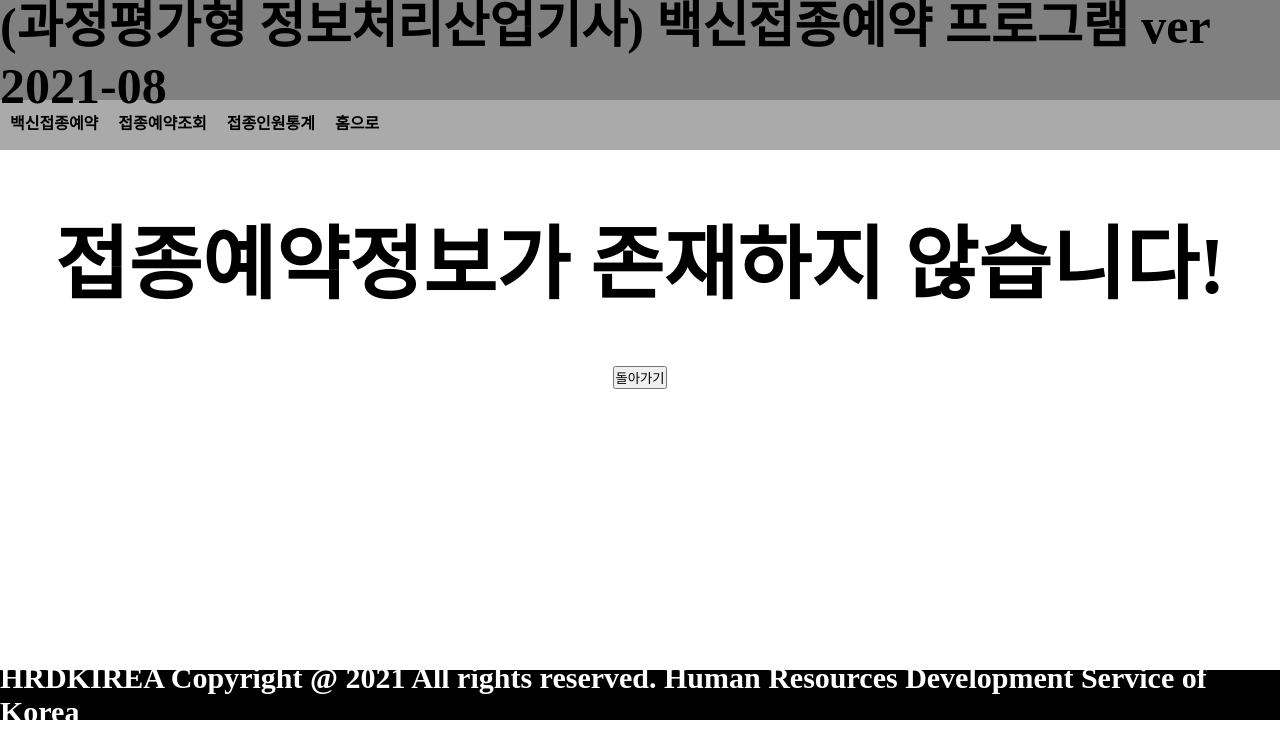
Repository: Ranranruo/info-processing
Page: http://localhost/20250424/view.jsp
The author's editor kept a copy of each file at every save. The page is drawn from the files as they stood at one save, then again after the next save.
The browser window is 1280 px wide. The pictures show the whole page.
The page is served by Tomcat 9. Queries for data that is not in the repository find no rows.

Above is the page before, as saved 2025-04-24 07:20:11.

After the next save:
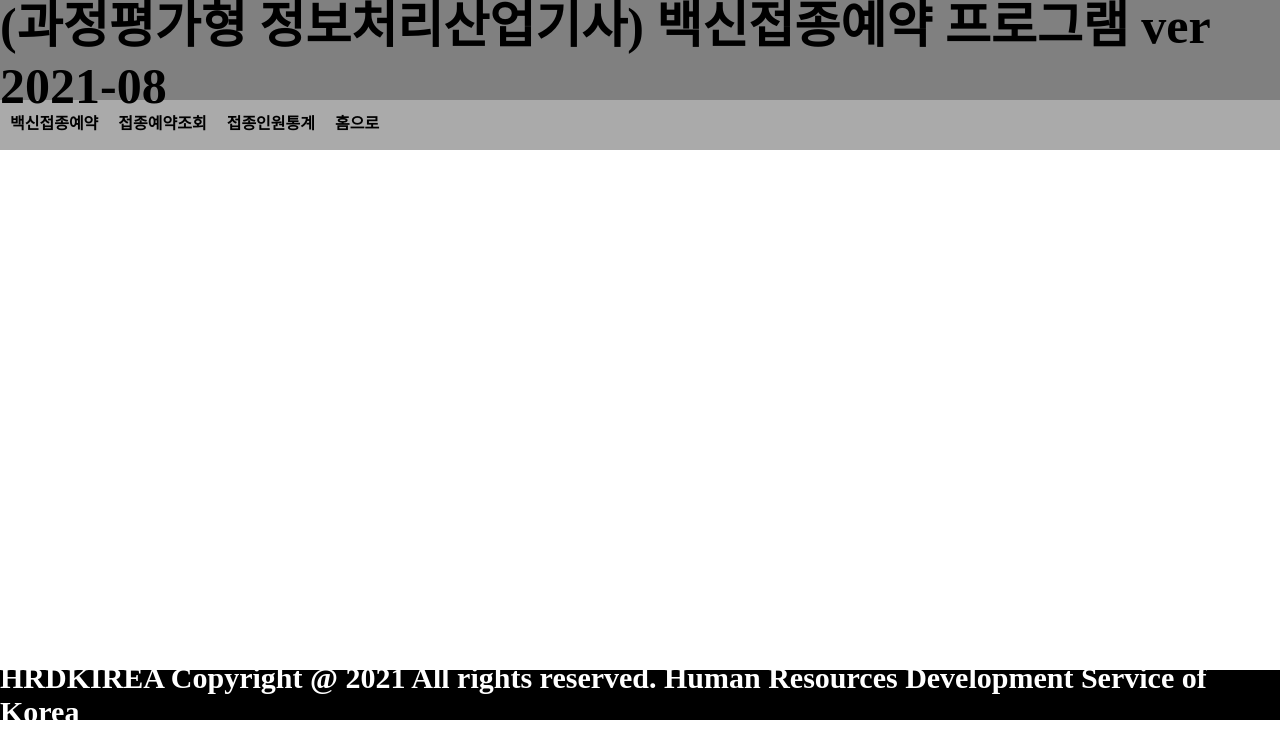
Saved 13 s later.
--- a/20250424/src/main/webapp/view.jsp
+++ b/20250424/src/main/webapp/view.jsp
@@ -53,19 +53,8 @@
 <td>병원주소</td>
 <td>백신종류</td>
 </tr>
-<td></td>
 <tr>
-<td colspan="2" style="display: flex; justify-content: center;">
-<button>예약조회</button>
-<button id="reset" type="reset">홈으로</button>
-</td>
 </tr>
-</table>
-</form>
-<% } else { %>
-<form action="select.jsp" style="display: flex; flex-direction: column; align-items: center;">
-<h1 class="c" style="font-size: 80px; padding: 50px;">접종예약정보가 존재하지 않습니다!</h1>
-<button>돌아가기</button>
 </form>
 <% } %>
 </section>

After the 4 saves that followed:
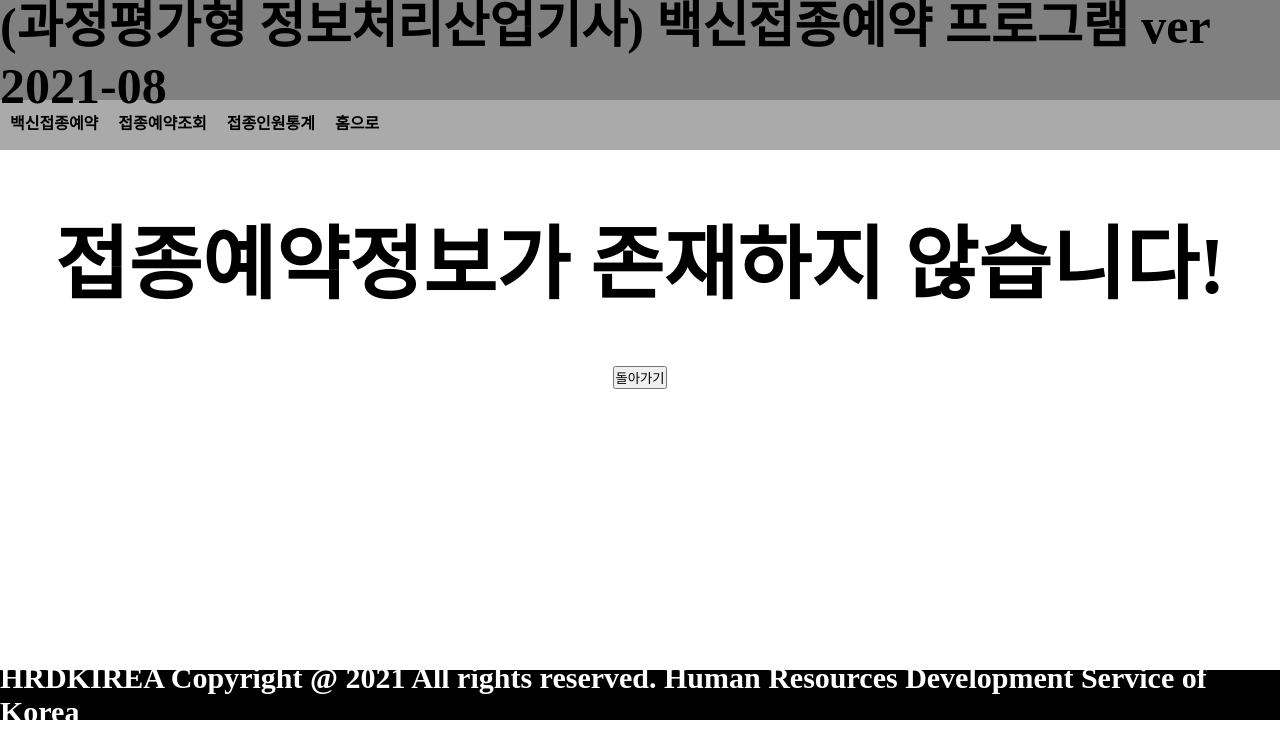
The 4 saves are shown as one change because 3 left the picture as it was.
The last was saved 114 s later.
--- a/20250424/src/main/webapp/view.jsp
+++ b/20250424/src/main/webapp/view.jsp
@@ -39,7 +39,8 @@
  if(rs.next()) {
 %>
 <h1 class="c" style="padding: 50px;">예약번호: <%=no %> 의 접종예약조회</h1>
-<form action="selectDetail.jsp">
+<h1 class="c" style="padding: 50px;">예약번호: <%=no %> 의 접종예약조회</h1>
+
 <table>
 <tr>
 <td>이름</td>
@@ -54,7 +55,22 @@
 <td>백신종류</td>
 </tr>
 <tr>
+<td><%=rs.getString(1) %></td>
+<td><%=rs.getString(2) %></td>
+<td><%=rs.getString(3) %></td>
+<td><%=rs.getString(4) %></td>
+<td><%=rs.getString(5) %></td>
+<td><%=rs.getString(6) %></td>
+<td><%=rs.getString(7) %></td>
+<td><%=rs.getString(8) %></td>
+<td><%=rs.getString(9) %></td>
+<td><%=rs.getString(10) %></td>
 </tr>
+</table>
+<% } else { %>
+<form action="select.jsp" style="display: flex; flex-direction: column; align-items: center;">
+<h1 class="c" style="font-size: 80px; padding: 50px;">접종예약정보가 존재하지 않습니다!</h1>
+<button>돌아가기</button>
 </form>
 <% } %>
 </section>
